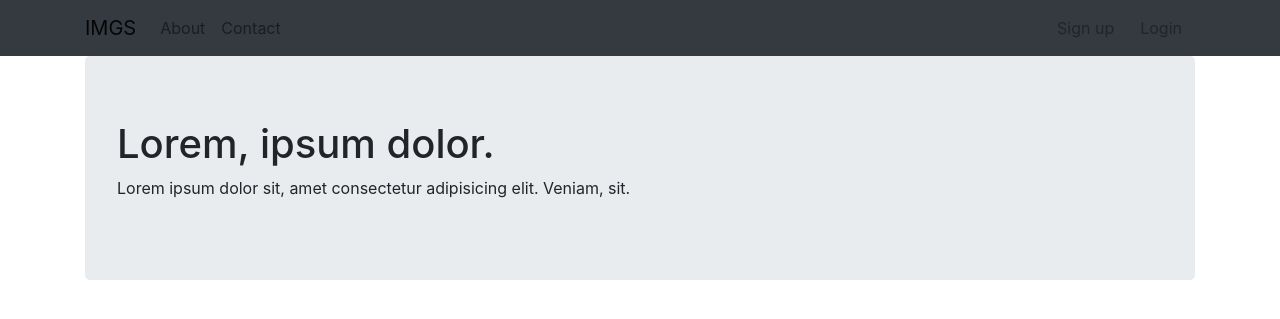
Repository: Mietlicha/exercise2
Page: index.html
These files come from the project's save history. The page is drawn as it stood at one moment and after the next save; the edit follows.
The browser window is 1280 px wide. The pictures show the whole page.

Above is the page before, as saved 2019-10-22 21:00:13.

After the next save:
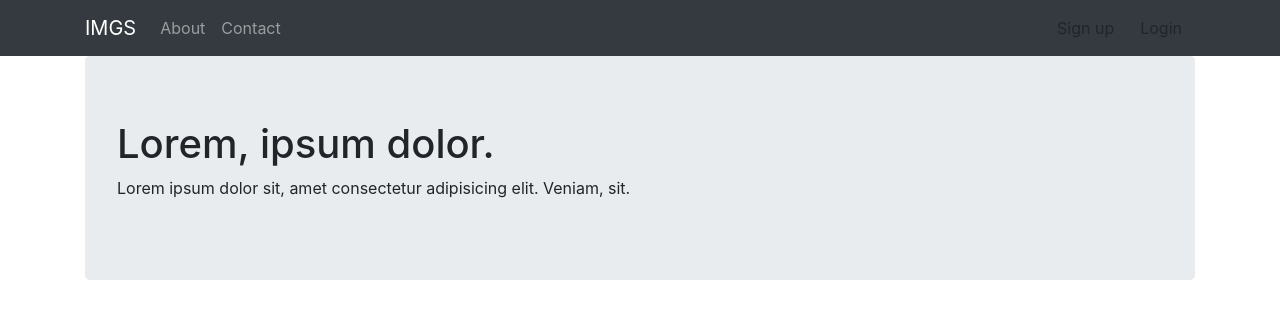
Saved 15 s later.
--- a/index.html
+++ b/index.html
@@ -13,7 +13,7 @@
 </head>
 
 <body>
-       <nav class="navbar navbar-expand-lg navbar-light bg-dark">
+       <nav class="navbar navbar-expand-lg navbar-dark bg-dark">
             <div class="container">
             <a class="navbar-brand" href="#">IMGS</a>
             <button class="navbar-toggler" type="button" data-toggle="collapse" data-target="#navbarSupportedContent" aria-controls="navbarSupportedContent" aria-expanded="false" aria-label="Toggle navigation">
